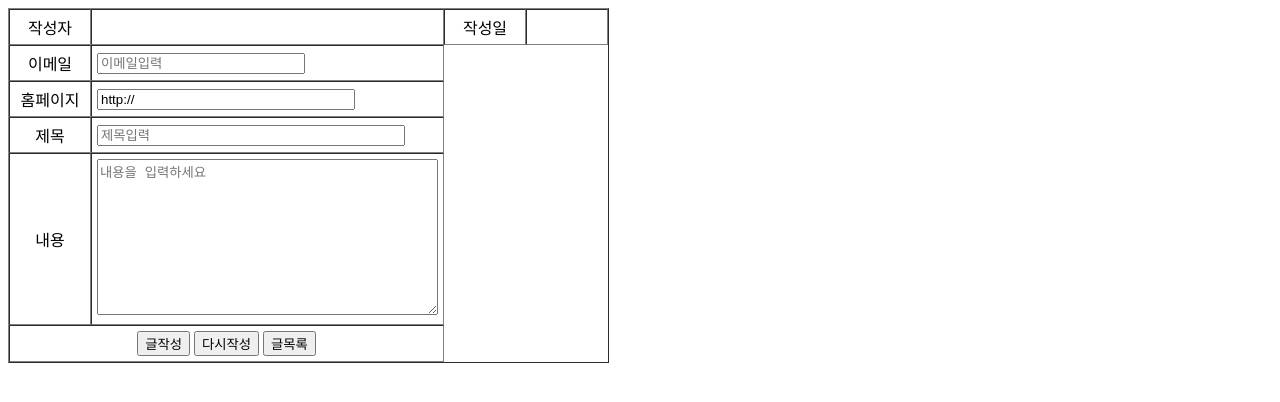
Repository: kimsuel/java-ee-practice
Page: guestbookservlet/WebContent/guestbook/guestbookList.html
An editor plug-in stored every save of this project. The page is shown before and after the next save, followed by the edit.
The browser window is 1280 px wide. The pictures show the whole page.

Above is the page before, as saved 2018-06-20 07:37:22.

After the next save:
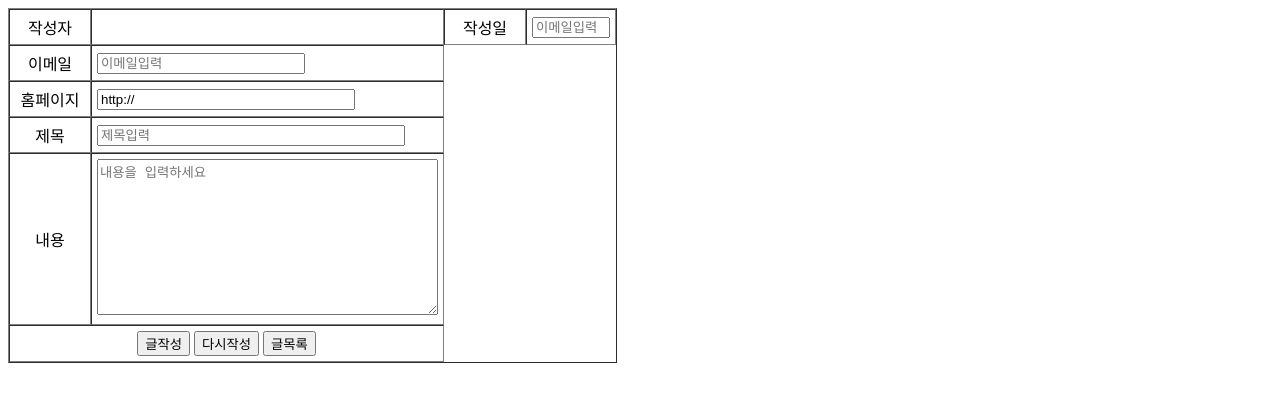
Saved 58 s later.
--- a/guestbookservlet/WebContent/guestbook/guestbookList.html
+++ b/guestbookservlet/WebContent/guestbook/guestbookList.html
@@ -10,7 +10,7 @@
 				<td width="70" align="center">작성자</td>
 				<td width="70"></td>
 				<td width="70" align="center">작성일</td>
-				<td width="70"></td>
+				<td><input type="text" name="email" style="width:70px" placeholder="이메일입력"></td>
 			</tr>
 			<tr>
 				<td align="center">이메일</td>
